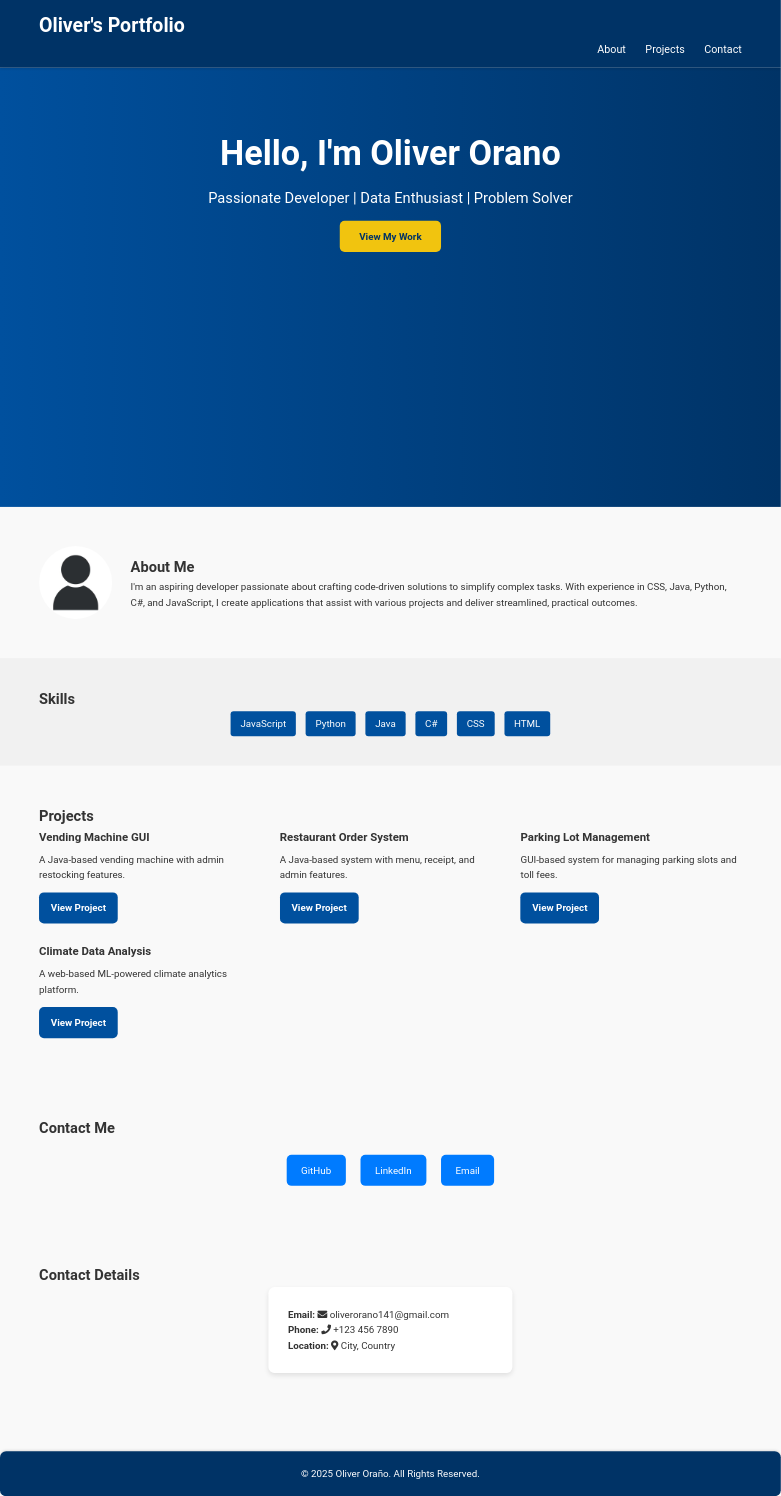
Repository: nightmar3fuel/portfolio.html
Page: my.html
An editor plug-in stored every save of this project. The page is shown before and after the next save, followed by the edit.
The browser window is 1280 px wide. The pictures show the whole page, at 61% of full size.
Pictures or frames that could not be fetched are drawn as grey boxes.

Above is the page before, as saved 2025-02-06 15:09:34.

### my.html
<!DOCTYPE html>
<html lang="en">

<head>
    <meta charset="UTF-8">
    <meta name="viewport" content="width=device-width, initial-scale=1.0">
    <title>Oliver's Portfolio</title>
    <link rel="stylesheet" href="styles.css">
    <link rel="stylesheet" href="https://cdnjs.cloudflare.com/ajax/libs/font-awesome/5.15.4/css/all.min.css">
</head>

<body>
    <header>
        <nav class="navbar">
            <div class="container">
                <h1 class="logo">Oliver's Portfolio</h1>
                <ul class="nav-links">
                    <li><a href="#about">About</a></li>
                    <li><a href="#projects">Projects</a></li>
                    <li><a href="#contact">Contact</a></li>
                </ul>
            </div>
        </nav>
    </header>

    <main>
        <section id="hero">
            <div class="hero-container">
                <h2>Hello, I'm Oliver Orano</h2>
                <p>Passionate Developer | Data Enthusiast | Problem Solver</p>
                <a href="#projects" class="cta-button">View My Work</a>
            </div>
        </section>

        <section id="about">
            <div class="container about-container">
                <img src="human.jpg" alt="Profile Picture" class="profile-pic">
                <div>
                    <h2>About Me</h2>
                    <p>I'm an aspiring developer passionate about crafting code-driven solutions to simplify complex tasks. With experience in CSS, Java, Python, C#, and JavaScript, I create applications that assist with various projects and deliver streamlined,
                        practical outcomes.</p>
                </div>
            </div>
        </section>
        <section id="skills">
            <div class="container">
                <h2>Skills</h2>
                <ul class="skills-list">
                    <li><a href="https://developer.mozilla.org/en-US/docs/Web/JavaScript" target="_blank">JavaScript</a></li>
                    <li><a href="https://www.python.org/doc/" target="_blank">Python</a></li>
                    <li><a href="https://docs.oracle.com/javase/8/docs/api/" target="_blank">Java</a></li>
                    <li><a href="https://docs.microsoft.com/en-us/dotnet/csharp/" target="_blank">C#</a></li>
                    <li><a href="https://www.w3schools.com/css/" target="_blank">CSS</a></li>
                    <li><a href="https://www.w3schools.com/html/" target="_blank">HTML</a></li>
                </ul>
            </div>
        </section>

        <section id="projects">
            <div class="container">
                <h2>Projects</h2>
                <div class="project-grid">
                    <div class="project-card">
                        <h3>Vending Machine GUI</h3>
                        <p>A Java-based vending machine with admin restocking features.</p>
                        <a href="#" target="_blank" class="project-link">View Project</a>
                    </div>
                    <div class="project-card">
                        <h3>Restaurant Order System</h3>
                        <p>A Java-based system with menu, receipt, and admin features.</p>
                        <a href="#" target="_blank" class="project-link">View Project</a>
                    </div>
                    <div class="project-card">
                        <h3>Parking Lot Management</h3>
                        <p>GUI-based system for managing parking slots and toll fees.</p>
                        <a href="#" target="_blank" class="project-link">View Project</a>
                    </div>
                    <div class="project-card">
                        <h3>Climate Data Analysis</h3>
                        <p>A web-based ML-powered climate analytics platform.</p>
                        <a href="#" target="_blank" class="project-link">View Project</a>
                    </div>
                </div>
            </div>
        </section>

        <section id="contact">
            <div class="container">
                <h2>Contact Me</h2>
                <div class="contact-links">
                    <a href="https://github.com/nightmar3fuel" target="_blank">GitHub</a>
                    <a href="https://linkedin.com/in/yourlinkedin" target="_blank">LinkedIn</a>
                    <a href="mailto:oliverorano141@gmail.com">Email</a>
                </div>
            </div>
        </section>
        <section id="contact-details">
            <div class="container contact-details-container">
                <h2>Contact Details</h2>
                <div class="contact-box">
                    <p><strong>Email:</strong> <i class="fas fa-envelope"></i> oliverorano141@gmail.com</p>
                    <p><strong>Phone:</strong> <i class="fas fa-phone"></i> +123 456 7890</p>
                    <p><strong>Location:</strong> <i class="fas fa-map-marker-alt"></i> City, Country</p>
                </div>
            </div>
        </section>
    </main>

    <footer>
        <p>&copy; 2025 Oliver Oraño. All Rights Reserved.</p>
    </footer>

</body>

</html>

### styles.css
/* General Reset */

* {
    margin: 0;
    padding: 0;
    box-sizing: border-box;
}

body {
    font-family: 'Roboto', sans-serif;
    /* Change to a more modern font */
    background-color: #f9f9f9;
    color: #333;
    line-height: 1.6;
    overflow-x: hidden;
    /* Prevent horizontal scroll */
}


/* Navbar */

.navbar {
    background-color: #003366;
    color: white;
    padding: 1rem 0;
    position: sticky;
    top: 0;
    z-index: 1000;
    box-shadow: 0 2px 4px rgba(0, 0, 0, 0.1);
    /* Add shadow */
}

.container {
    max-width: 1200px;
    margin: 0 auto;
    padding: 0 1.5rem;
}

.navbar .logo {
    font-size: 2rem;
    font-weight: bold;
}

.nav-links {
    list-style: none;
    display: flex;
    justify-content: flex-end;
}

.nav-links li {
    margin-left: 2rem;
}

.nav-links a {
    color: white;
    text-decoration: none;
    font-size: 1.1rem;
    transition: color 0.3s, transform 0.3s;
}

.nav-links a:hover {
    color: #f1c40f;
    transform: scale(1.05);
}


/* Hero Section */

#hero {
    background: linear-gradient(to right, #00509e, #003366);
    /* Gradient background */
    color: white;
    padding: 6rem 0;
    text-align: center;
    min-height: 100vh;
    /* Full viewport height */
}

.hero-container h2 {
    font-size: 3.5rem;
    margin-bottom: 0.5rem;
}

.hero-container p {
    font-size: 1.5rem;
    margin-bottom: 2rem;
}

.cta-button,
.project-link {
    background-color: #f1c40f;
    color: #003366;
    padding: 1rem 2rem;
    text-decoration: none;
    font-weight: bold;
    border-radius: 8px;
    transition: background-color 0.3s, transform 0.3s;
}

.cta-button:hover,
.project-link:hover {
    background-color: #003366;
    color: white;
    transform: scale(1.05);
}


/* Section Styling */

section {
    padding: 4rem 0;
}


/* Project Section */

.project-grid {
    display: grid;
    grid-template-columns: repeat(auto-fit, minmax(300px, 1fr));
    gap: 2rem;
}

.project-card {
    transition: transform 0.3s, box-shadow 0.3s;
}

.project-card:hover {
    transform: translateY(-5px);
    box-shadow: 0 8px 16px rgba(0, 0, 0, 0.2);
}

.project-card h3 {
    margin-bottom: 0.5rem;
}

.project-card p {
    margin-bottom: 1rem;
}

.project-link {
    text-decoration: none;
    background-color: #00509e;
    color: white;
    padding: 0.8rem 1.2rem;
    border-radius: 8px;
    display: inline-block;
    transition: background-color 0.3s, transform 0.3s;
}

.project-link:hover {
    background-color: #003366;
    transform: scale(1.05);
}


/* Contact Section */

.contact-links {
    display: flex;
    justify-content: center;
    gap: 1.5rem;
    margin-top: 1.5rem;
}

.contact-links a {
    text-decoration: none;
    background-color: #007BFF;
    color: white;
    padding: 0.8rem 1.5rem;
    border-radius: 8px;
    transition: background-color 0.2s, transform 0.2s;
}

.contact-links a:hover {
    background-color: #0056b3;
    transform: scale(1.05);
}


/* Footer */

footer {
    background-color: #003366;
    color: white;
    text-align: center;
    padding: 1.5rem 0;
    margin-top: 4rem;
    border-radius: 10px;
    box-shadow: 0 -2px 4px rgba(0, 0, 0, 0.1);
    /* Add shadow */
}

.about-container {
    display: flex;
    align-items: center;
    gap: 30px;
}

.profile-pic {
    width: 120px;
    height: 120px;
    border-radius: 50%;
    object-fit: cover;
}

@media (max-width: 768px) {
    .about-container {
        flex-direction: column;
        text-align: center;
    }
    .profile-pic {
        width: 100px;
        height: 100px;
    }
}


/* Skills Section */

#skills {
    padding: 3rem 0;
    background-color: #f1f1f1;
    /* Light background for contrast */
}

.skills-list {
    list-style: none;
    display: flex;
    flex-wrap: wrap;
    gap: 1rem;
    justify-content: center;
}

.skills-list li {
    background-color: #00509e;
    /* Background color for skill items */
    color: white;
    padding: 0.5rem 1rem;
    border-radius: 5px;
    transition: background-color 0.3s;
}

.skills-list li a {
    color: white;
    /* Link color */
    text-decoration: none;
    /* Remove underline */
}

.skills-list li:hover {
    background-color: #003366;
    /* Darker background on hover */
}

.contact-box {
    background-color: white;
    padding: 2rem;
    border-radius: 10px;
    box-shadow: 0 4px 8px rgba(0, 0, 0, 0.1);
    margin: 0 auto;
    max-width: 400px;
    /* Limit the width of the contact box */
    transition: transform 0.3s;
    /* Add transition */
}

.contact-box:hover {
    transform: scale(1.02);
    /* Slightly scale on hover */
}

After the next save:
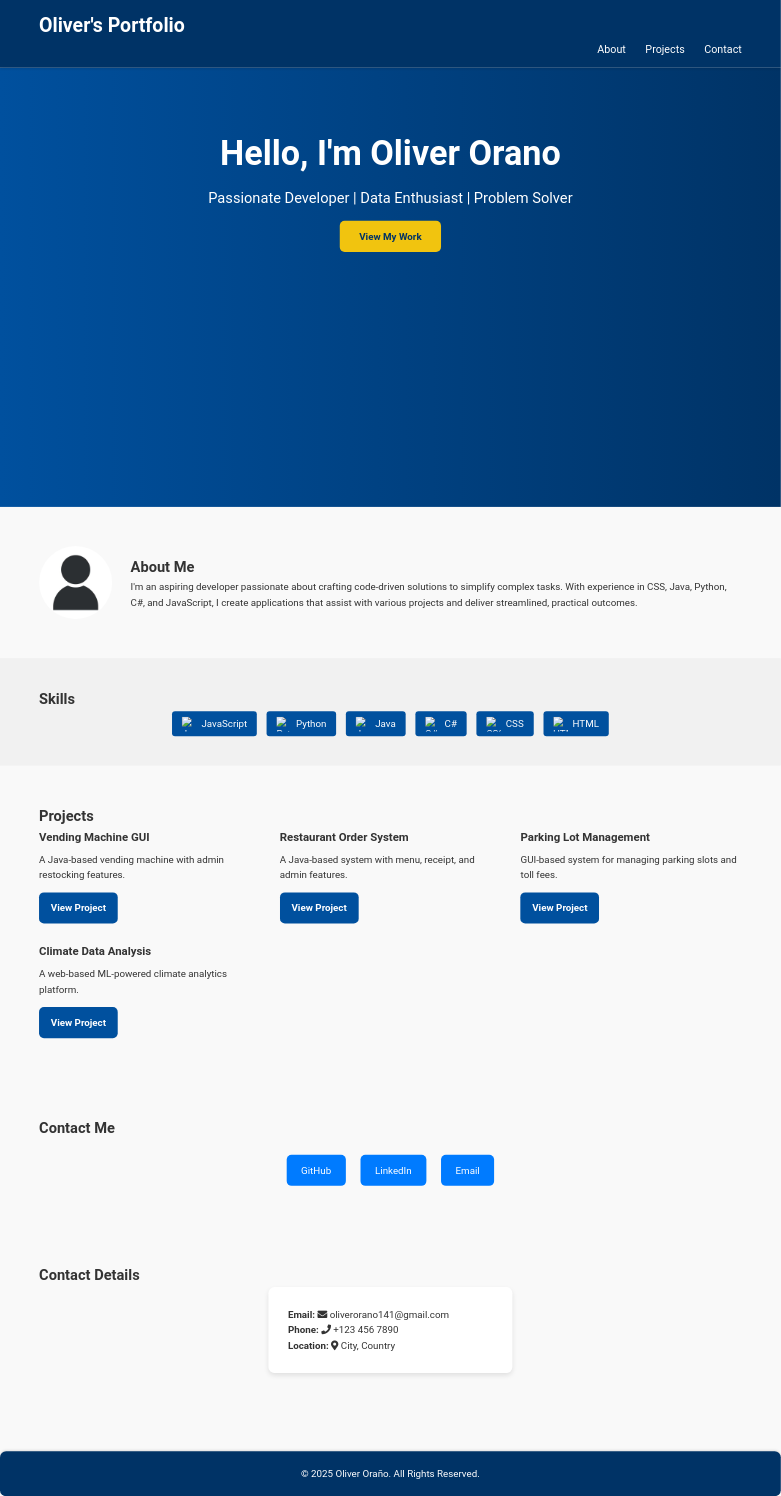
Not found: images/csharp.svg
Not found: images/css.svg
Not found: images/html.svg
Saved 2 min 58 s later.
--- a/my.html
+++ b/my.html
@@ -46,12 +46,36 @@
             <div class="container">
                 <h2>Skills</h2>
                 <ul class="skills-list">
-                    <li><a href="https://developer.mozilla.org/en-US/docs/Web/JavaScript" target="_blank">JavaScript</a></li>
-                    <li><a href="https://www.python.org/doc/" target="_blank">Python</a></li>
-                    <li><a href="https://docs.oracle.com/javase/8/docs/api/" target="_blank">Java</a></li>
-                    <li><a href="https://docs.microsoft.com/en-us/dotnet/csharp/" target="_blank">C#</a></li>
-                    <li><a href="https://www.w3schools.com/css/" target="_blank">CSS</a></li>
-                    <li><a href="https://www.w3schools.com/html/" target="_blank">HTML</a></li>
+                    <li>
+                        <a href="https://developer.mozilla.org/en-US/docs/Web/JavaScript" target="_blank">
+                            <img src="images/javascript.svg" alt="JavaScript Logo" class="skill-logo"> JavaScript
+                        </a>
+                    </li>
+                    <li>
+                        <a href="https://www.python.org/doc/" target="_blank">
+                            <img src="images/python.svg" alt="Python Logo" class="skill-logo"> Python
+                        </a>
+                    </li>
+                    <li>
+                        <a href="https://docs.oracle.com/javase/8/docs/api/" target="_blank">
+                            <img src="images/java.svg" alt="Java Logo" class="skill-logo"> Java
+                        </a>
+                    </li>
+                    <li>
+                        <a href="https://docs.microsoft.com/en-us/dotnet/csharp/" target="_blank">
+                            <img src="images/csharp.svg" alt="C# Logo" class="skill-logo"> C#
+                        </a>
+                    </li>
+                    <li>
+                        <a href="https://www.w3schools.com/css/" target="_blank">
+                            <img src="images/css.svg" alt="CSS Logo" class="skill-logo"> CSS
+                        </a>
+                    </li>
+                    <li>
+                        <a href="https://www.w3schools.com/html/" target="_blank">
+                            <img src="images/html.svg" alt="HTML Logo" class="skill-logo"> HTML
+                        </a>
+                    </li>
                 </ul>
             </div>
         </section>
--- a/styles.css
+++ b/styles.css
@@ -238,6 +238,10 @@ footer {
     padding: 0.5rem 1rem;
     border-radius: 5px;
     transition: background-color 0.3s;
+    display: flex;
+    /* Flexbox for alignment */
+    align-items: center;
+    /* Center items vertically */
 }
 
 .skills-list li a {
@@ -245,6 +249,19 @@ footer {
     /* Link color */
     text-decoration: none;
     /* Remove underline */
+    display: flex;
+    /* Flexbox for alignment */
+    align-items: center;
+    /* Center items vertically */
+}
+
+.skill-logo {
+    width: 24px;
+    /* Set a fixed width for logos */
+    height: 24px;
+    /* Set a fixed height for logos */
+    margin-right: 0.5rem;
+    /* Space between logo and text */
 }
 
 .skills-list li:hover {

After the save that followed:
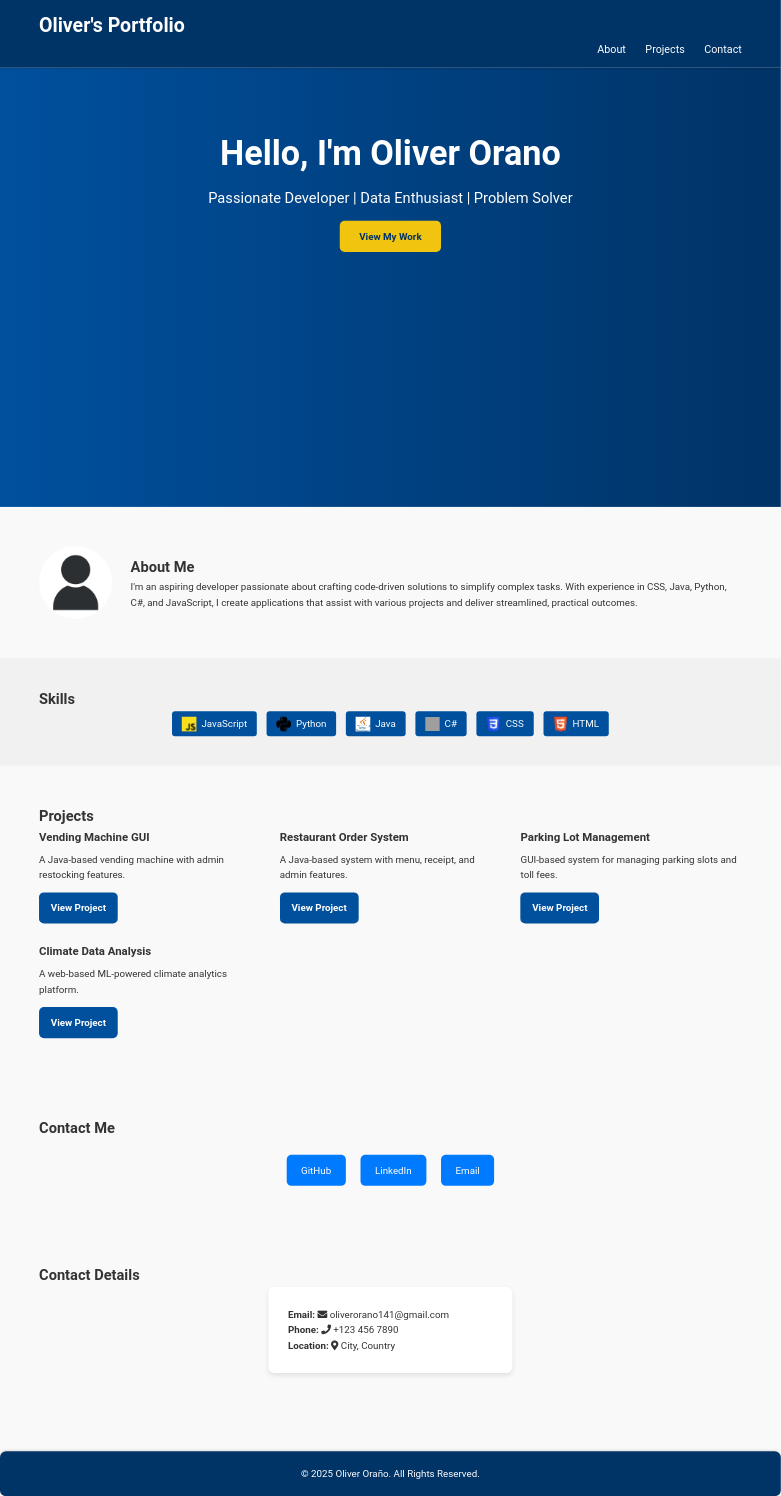
Saved 4 min 15 s later.
--- a/my.html
+++ b/my.html
@@ -48,32 +48,32 @@
                 <ul class="skills-list">
                     <li>
                         <a href="https://developer.mozilla.org/en-US/docs/Web/JavaScript" target="_blank">
-                            <img src="images/javascript.svg" alt="JavaScript Logo" class="skill-logo"> JavaScript
+                            <img src="javascript.png" alt="JavaScript Logo" class="skill-logo"> JavaScript
                         </a>
                     </li>
                     <li>
                         <a href="https://www.python.org/doc/" target="_blank">
-                            <img src="images/python.svg" alt="Python Logo" class="skill-logo"> Python
+                            <img src="python.png" alt="Python Logo" class="skill-logo"> Python
                         </a>
                     </li>
                     <li>
                         <a href="https://docs.oracle.com/javase/8/docs/api/" target="_blank">
-                            <img src="images/java.svg" alt="Java Logo" class="skill-logo"> Java
+                            <img src="java.png" alt="Java Logo" class="skill-logo"> Java
                         </a>
                     </li>
                     <li>
                         <a href="https://docs.microsoft.com/en-us/dotnet/csharp/" target="_blank">
-                            <img src="images/csharp.svg" alt="C# Logo" class="skill-logo"> C#
+                            <img src="c#.png" alt="C# Logo" class="skill-logo"> C#
                         </a>
                     </li>
                     <li>
                         <a href="https://www.w3schools.com/css/" target="_blank">
-                            <img src="images/css.svg" alt="CSS Logo" class="skill-logo"> CSS
+                            <img src="CSS.png" alt="CSS Logo" class="skill-logo"> CSS
                         </a>
                     </li>
                     <li>
                         <a href="https://www.w3schools.com/html/" target="_blank">
-                            <img src="images/html.svg" alt="HTML Logo" class="skill-logo"> HTML
+                            <img src="html.png" alt="HTML Logo" class="skill-logo"> HTML
                         </a>
                     </li>
                 </ul>
